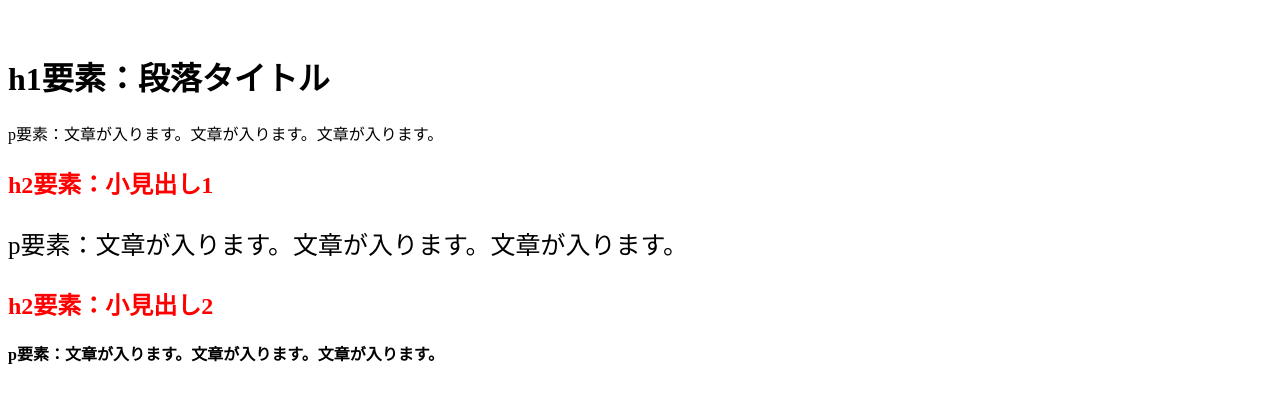
Repository: kota-nakasaka/samurai_HTML-CSS
Page: index.html
The author's editor kept a record of every edit. The page is drawn from the files as they stood at one moment, then again after the next edit.
The browser window is 1280 px wide. The pictures show the whole page.

Above is the page before.

### index.html
<!DOCTYPE html>
<html lang="ja">
  <head>
 　  <meta charset="UTF-8">
  　<title>HTML/CSSの学習</title>
  　<style>
      h2 {
        color: red;
      }
  　</style>
  </head>
  <body>
    <h1>h1要素：段落タイトル</h1>
    <p>p要素：文章が入ります。文章が入ります。文章が入ります。</p>
    <h2 id="red">h2要素：小見出し1</h2>
    <p style="font-size: 25px;">
      p要素：文章が入ります。文章が入ります。文章が入ります。
    </p>
    <h2>h2要素：小見出し2</h2>
    <p style="font-weight: bold;">
      p要素：文章が入ります。文章が入ります。文章が入ります。
    </p>
  </body>
</html>

After the next edit:
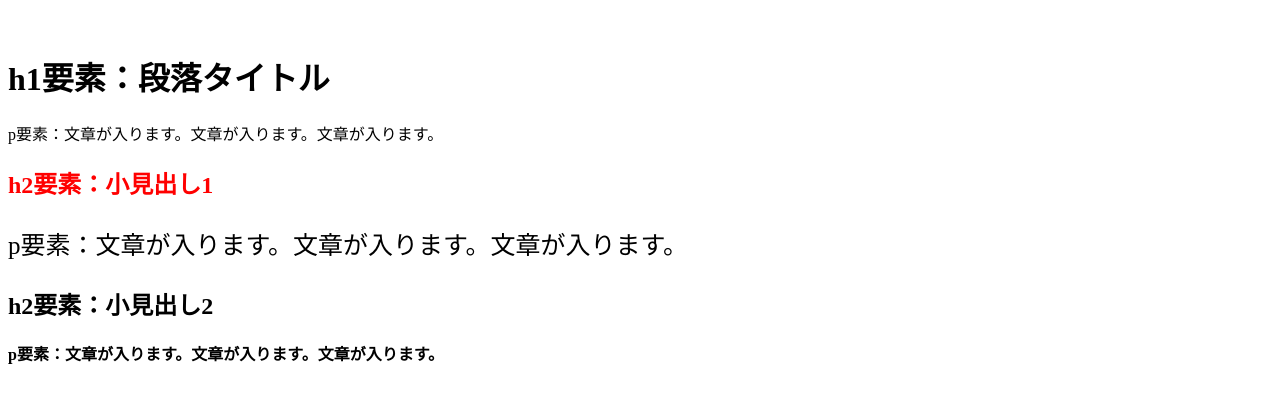
The edit:
--- a/index.html
+++ b/index.html
@@ -4,9 +4,12 @@
  　  <meta charset="UTF-8">
   　<title>HTML/CSSの学習</title>
   　<style>
-      h2 {
+      #red {
         color: red;
       }
+       .blue {
+         color: blue;
+       }
   　</style>
   </head>
   <body>
